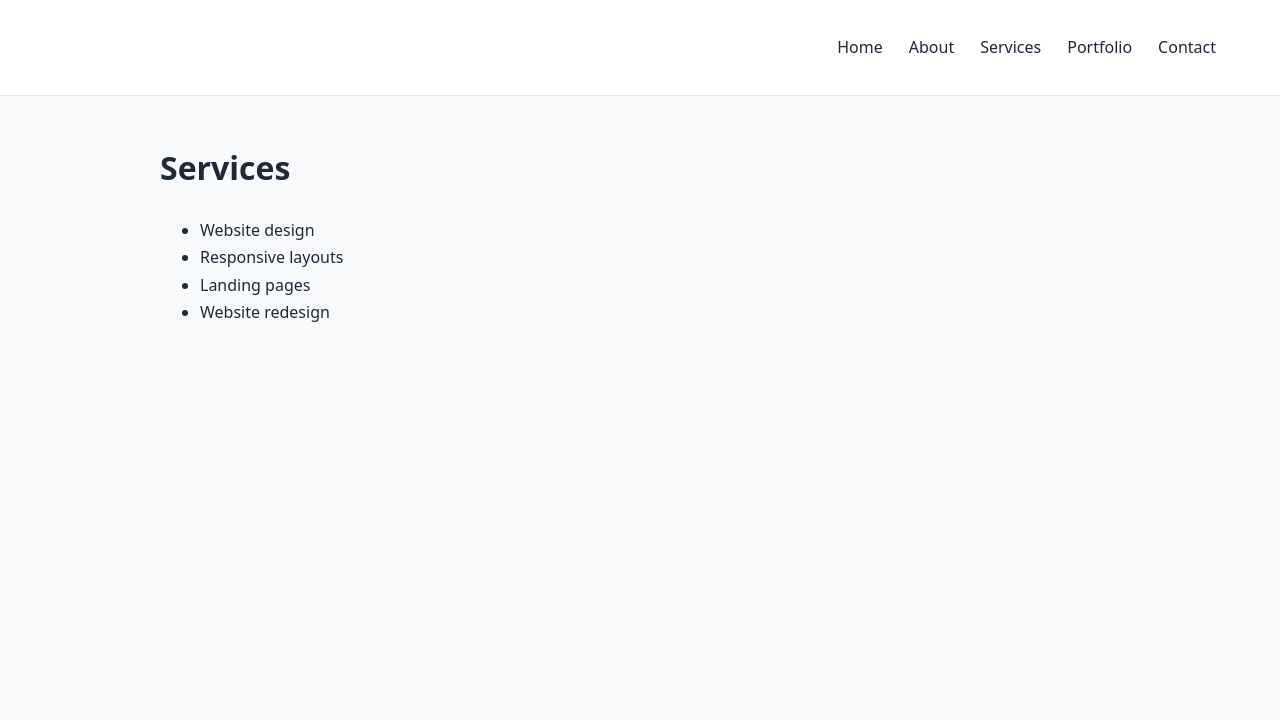
Repository: aljonvega18/Portfolio
Page: services.html
An editor plug-in stored every save of this project. The page is shown before and after the next save, followed by the edit.
The browser window is 1280 px wide. The pictures show the whole page.

Above is the page before, as saved 2026-02-02 16:48:02.

After the next save:
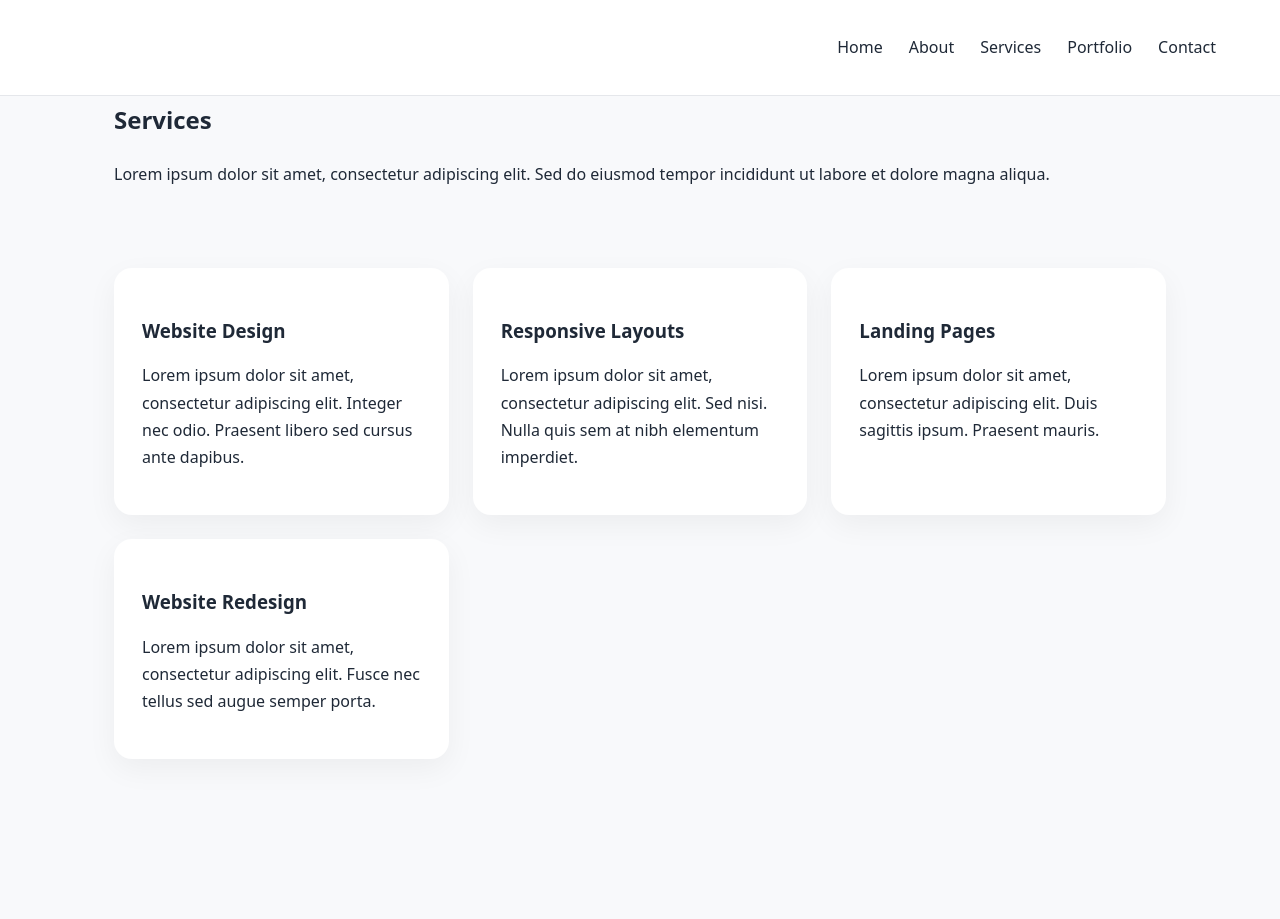
Saved 2 min 31 s later.
--- a/services.html
+++ b/services.html
@@ -1,12 +1,14 @@
 <!DOCTYPE html>
 <html lang="en">
 <head>
-    <meta charset="UTF-8">
-    <meta name="viewport" content="width=device-width, initial-scale=1.0">
-    <title>Aljon Vega | Junior Dev Portfolio</title>
-    <link rel="stylesheet" href="style.css">
+<meta charset="UTF-8">
+<meta name="viewport" content="width=device-width, initial-scale=1.0">
+<title>Services | Aljon Vega</title>
+<link rel="stylesheet" href="style.css">
 </head>
+
 <body>
+
 <header>
     <div class="navbar">
         <nav>
@@ -21,14 +23,48 @@
     </div>
 </header>
 
-<main style="padding-top:120px; max-width:1000px; margin:auto; padding:120px 20px;">
-    <h1>Services</h1>
-    <ul>
-        <li>Website design</li>
-        <li>Responsive layouts</li>
-        <li>Landing pages</li>
-        <li>Website redesign</li>
-    </ul>
+<main>
+    <section>
+        <h1>Services</h1>
+        <p>
+            Lorem ipsum dolor sit amet, consectetur adipiscing elit. Sed do eiusmod tempor incididunt ut labore et dolore magna aliqua.
+        </p>
+    </section>
+
+    <section class="grid-section">
+        <div class="card-grid">
+
+            <div class="card">
+                <h3>Website Design</h3>
+                <p>
+                    Lorem ipsum dolor sit amet, consectetur adipiscing elit. Integer nec odio. Praesent libero sed cursus ante dapibus.
+                </p>
+            </div>
+
+            <div class="card">
+                <h3>Responsive Layouts</h3>
+                <p>
+                    Lorem ipsum dolor sit amet, consectetur adipiscing elit. Sed nisi. Nulla quis sem at nibh elementum imperdiet.
+                </p>
+            </div>
+
+            <div class="card">
+                <h3>Landing Pages</h3>
+                <p>
+                    Lorem ipsum dolor sit amet, consectetur adipiscing elit. Duis sagittis ipsum. Praesent mauris.
+                </p>
+            </div>
+
+            <div class="card">
+                <h3>Website Redesign</h3>
+                <p>
+                    Lorem ipsum dolor sit amet, consectetur adipiscing elit. Fusce nec tellus sed augue semper porta.
+                </p>
+            </div>
+
+        </div>
+    </section>
 </main>
+
 </body>
 </html>
